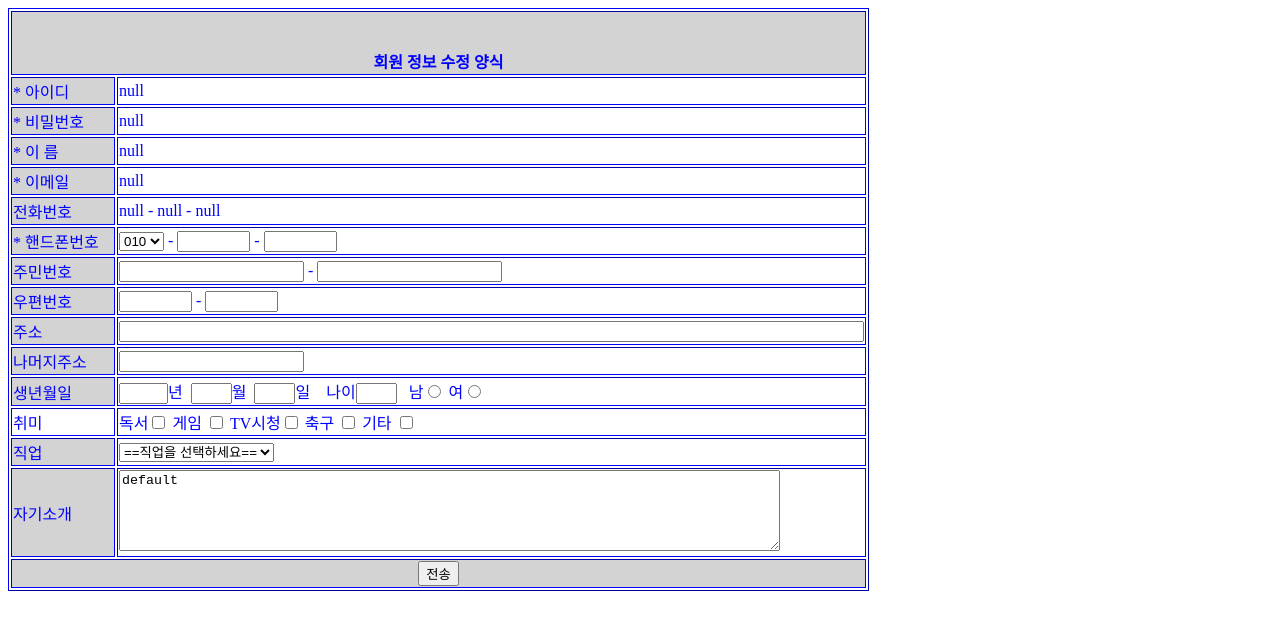
Repository: vkfkstptkd1/WebProgramming
Page: http://localhost/ch3_FormTag/In_Form_ok.jsp
The author's editor kept a copy of each file at every save. The page is drawn from the files as they stood at one save, then again after the next save.
The browser window is 1280 px wide. The pictures show the whole page.
The page is served by Tomcat 9.

Above is the page before, as saved 2021-03-20 09:52:50.

### ch3_FormTag/WebContent/In_Form_ok.jsp
<%@ page language="java" contentType="text/html; charset=EUC-KR"
    pageEncoding="EUC-KR"%>
<%  request.setCharacterEncoding("euc-kr");  %><!--한글입력전송받을때이거반드시필요.-->
<!DOCTYPE html>
<html>
<head>
<meta charset="EUC-KR">
<title>Insert title here</title>
<style type="text/css">
.style1{border-color:blue;color:blue;}
.style0{color:blue;background-color:lightgrey;}
</style>
</head>
<body>
	<table class="style1" border="1">
	<tr><th class="style0" colspan=2><br><br>회원 정보 수정 양식</th></tr><!--표제목  -->
	<tr><td class="style0" width= "100"> * 아이디</td>
		<td width="500"> <%=request.getParameter("id") %></td>
	</tr>
	<tr><td class="style0"> * 비밀번호</td>
		<td class="style1"> <%=request.getParameter("pwd") %>
		</td>
	</tr>
	<tr><td class="style0"> * 이 름</td>
		<td class="style1">  <%=request.getParameter("name") %></td>
	</tr>
	<tr><td class="style0"> * 이메일</td>
		<td class="style1">  <%=request.getParameter("email") %></td>
	</tr>
	<tr><td class="style0"> 전화번호</td>
		<td class="style1">
			 <%=request.getParameter("homenumber1") %>
			-
			 <%=request.getParameter("homenumber2") %>
			-
			 <%=request.getParameter("homenumber3") %>
		</td>
	</tr>
	<tr><td class="style0"> * 핸드폰번호</td>
		<td class="style1">
		<SELECT >
		<OPTION VALUE="010">010</OPTION>
		<OPTION VALUE="011">011</OPTION>
		<OPTION VALUE="012">012</OPTION>
		</SELECT>
		-
		<input type="text" size=6>
		-
		<input type="text" size=6>
		</td>
	</tr>
	<tr><td class="style0"> 주민번호</td>
		<td class="style1">
			 <input type="text" name="ssn1">
			 -
			 <input type="text" name="ssn2">
		</td>
	</tr>
	<tr><td class="style0"> 우편번호</td>
		<td class="style1">
			 <input type="text" name="pn1" size=6>
			 -
			 <input type="text" name="pn2" size=6></td>
	</tr>
	<tr><td class="style0"> 주소</td>
		<td class="style1"> <input type="text" name="ad" size=90 ></td>
	</tr>
	<tr><td class="style0"> 나머지주소</td>
		<td class="style1"> <input type="text" name="remainderad"></td>
	</tr>
	<tr><td class="style0"> 생년월일</td>
		<td> <input type="text" name="year" size=3>년&nbsp;
			 <input type="text" name="month" size=2>월&nbsp;
			 <input type="text" name="day" size=2>일&nbsp;&nbsp;&nbsp;
			 나이<input type="text" name="age" size=2>&nbsp;&nbsp;
			 남<input type="radio" name="gender" value="남">
			 여<input type="radio" name="gender" value="여">
		</td>
	</tr>
	<tr><td class="style1"> 취미</td>
		<td class="style1">
			 독서<input type="checkbox" name="hobby" value="독서">
			 게임	<input type="checkbox" name="hobby" value="게임">
		   TV시청<input type="checkbox" name="hobby" value="TV시청">
			 축구	<input type="checkbox" name="hobby" value="축구">
			 기타	<input type="checkbox" name="hobby" value="기타">
		</td>
	</tr>
	<tr><td class="style0"> 직업</td>
		<td >
		<SELECT NAME="job">
         <OPTION VALUE="">==직업을 선택하세요==</OPTION>
         <OPTION VALUE="학생">학생</OPTION>
         <OPTION VALUE="회사원">회사원</OPTION>
         <OPTION VALUE="군인">군인</OPTION>
         <OPTION VALUE="기타">기타</OPTION>
	    </SELECT>
	    </td>
	</tr>
	<tr><td class="style0"> 자기소개</td>
		<td class="style1">
		<textarea name="intro" rows=5 cols=80 >default</textarea>
		</td>
	</tr>
	<tr>
		<td class="style0" colspan="2"><center><input type="submit" value="전송" ></center></td>
	</tr>
	</table>

</body>
</html>

After the next save:
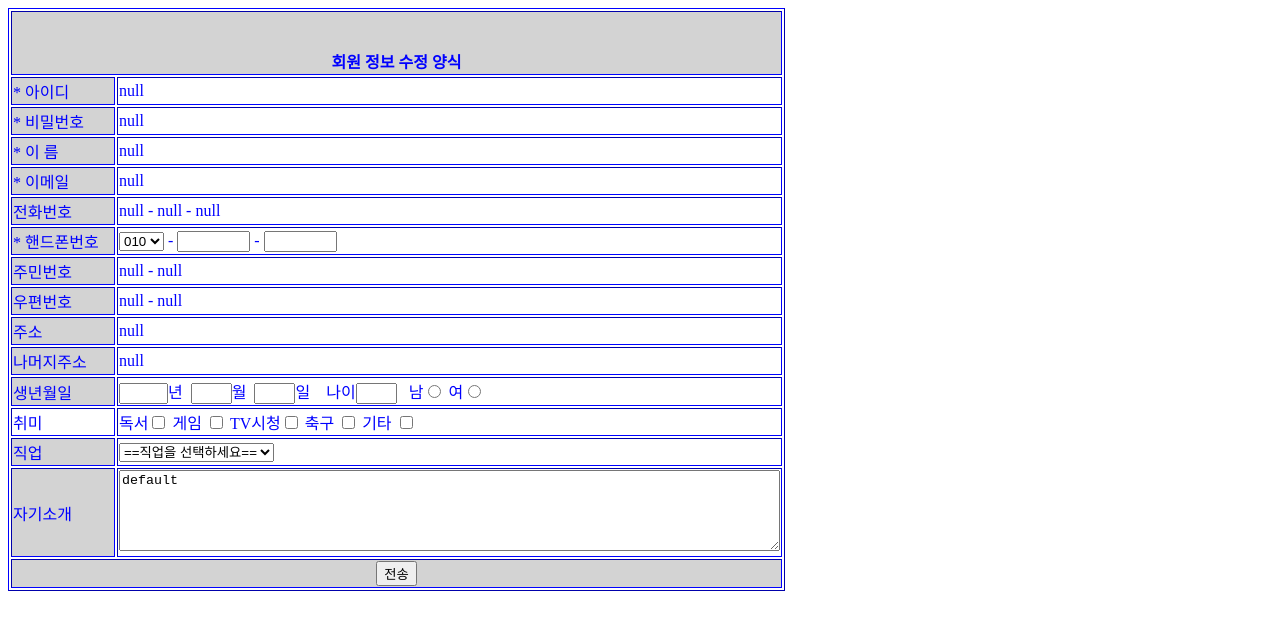
Saved 117 s later.
--- a/ch3_FormTag/WebContent/In_Form_ok.jsp
+++ b/ch3_FormTag/WebContent/In_Form_ok.jsp
@@ -51,22 +51,27 @@
 	</tr>
 	<tr><td class="style0"> 주민번호</td>
 		<td class="style1">
-			 <input type="text" name="ssn1">
+			 <%=request.getParameter("ssn1") %>
 			 -
-			 <input type="text" name="ssn2">
+			 <%=request.getParameter("ssn2") %>
 		</td>
 	</tr>
 	<tr><td class="style0"> 우편번호</td>
 		<td class="style1">
-			 <input type="text" name="pn1" size=6>
+			 <%=request.getParameter("pn1") %>
 			 -
-			 <input type="text" name="pn2" size=6></td>
+			 <%=request.getParameter("pn2") %>
+		</td>
 	</tr>
 	<tr><td class="style0"> 주소</td>
-		<td class="style1"> <input type="text" name="ad" size=90 ></td>
+		<td class="style1">
+		  <%=request.getParameter("ad") %>
+		</td>
 	</tr>
 	<tr><td class="style0"> 나머지주소</td>
-		<td class="style1"> <input type="text" name="remainderad"></td>
+		<td class="style1">
+		  <%=request.getParameter("remainderad") %>
+		</td>
 	</tr>
 	<tr><td class="style0"> 생년월일</td>
 		<td> <input type="text" name="year" size=3>년&nbsp;
